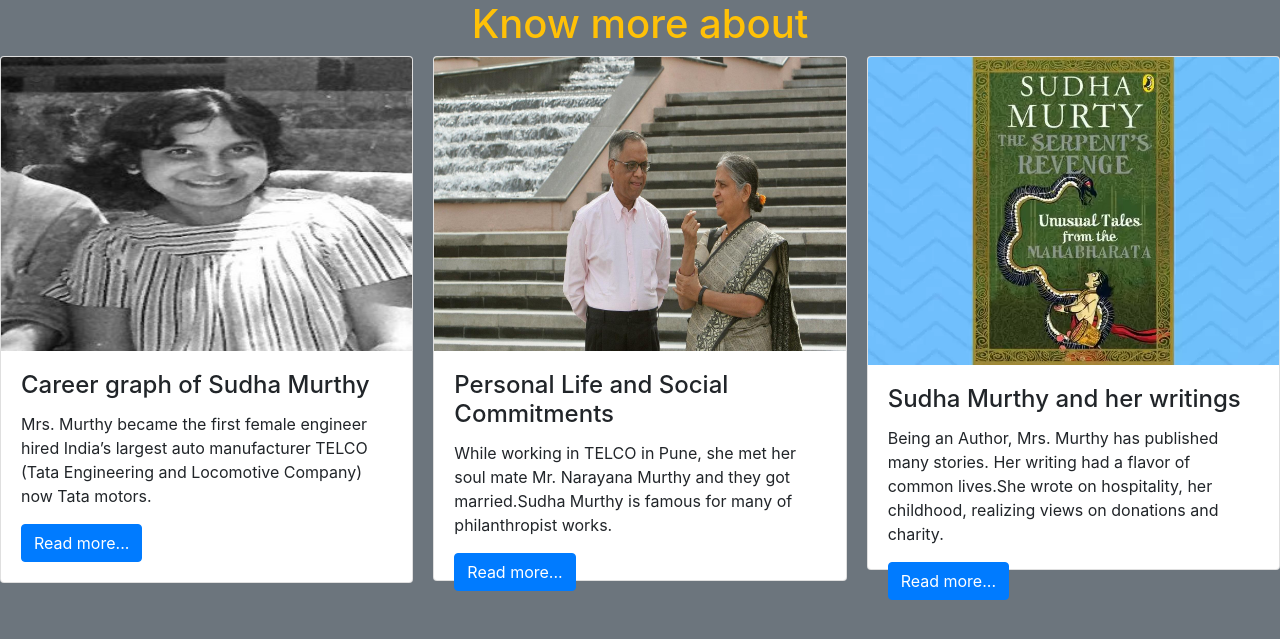
Repository: sumanthr18/RoleModel
Page: cards.html
These files come from the project's save history. The page is drawn as it stood at one moment and after the next save; the edit follows.
The browser window is 1280 px wide. The pictures show the whole page.

Above is the page before, as saved 2020-03-14 20:57:19.

### cards.html
<!DOCTYPE html>
<html lang="en">

<head>
    <meta charset="UTF-8">
    <meta name="viewport" content="width=device-width, initial-scale=1.0">
    <meta http-equiv="X-UA-Compatible" content="ie=edge">
    <link rel="stylesheet" href="https://stackpath.bootstrapcdn.com/bootstrap/4.1.1/css/bootstrap.min.css" integrity="sha384-WskhaSGFgHYWDcbwN70/dfYBj47jz9qbsMId/iRN3ewGhXQFZCSftd1LZCfmhktB"
        crossorigin="anonymous">

    <title>Bootstrap Sandbox</title>
</head>

<body class="bg-secondary">
    <header>
        <div>
            <h1 class="text-center text-warning">Know more about </h1>
        </div>
    </header>
    <section >
            <div class="card-columns">
            <div class="card">
                <img style="height: 294px;" class="card-img-top img-fluid" src="An-Old-Picture-of-Sudha-Murthy .jpg" alt="">
                <div class="card-body">
                    <h4 class="card-title">Career graph of Sudha Murthy</h4>
                    <p class="card-text">Mrs. Murthy became the first female engineer hired India’s largest auto manufacturer TELCO (Tata Engineering and Locomotive Company) now Tata motors.</p>
                    <p class="card-text">
                        <button class="btn btn-primary">Read more...</button>
                    </p>
                </div>
            </div>
            <div style="height: 525px;" class="card">
                <img style="height: 294px;" class="card-img-top img-fluid" src="murthy.jpg" alt="">
                <div class="card-body">
                    <h4 class="card-title">Personal Life and Social Commitments</h4>
                    <p class="card-text">While working in TELCO in Pune, she met her soul mate Mr. Narayana Murthy and they got married.Sudha Murthy is famous for many of philanthropist works.    </p>
                    <p class="card-text">
                        <button class="btn btn-primary">Read more...</button>
                    </p>
                </div>
            </div>
            <div style="height: 514px;" class="card">
                <img class="card-img-top img-fluid" src="61163013.jpg" alt="">
                <div class="card-body">
                    <h4 class="card-title">Sudha Murthy and her writings</h4>
                    <p class="card-text">Being an Author, Mrs. Murthy has published many stories. Her writing had a flavor of common lives.She wrote on hospitality, her childhood, realizing views on donations and charity.</p>
                    <p class="card-text">
                        <button class="btn btn-primary">Read more...</button>
                    </p>
                </div>
            </div>
        </div>
    </section>
    </div>

</body>

</html>

After the next save:
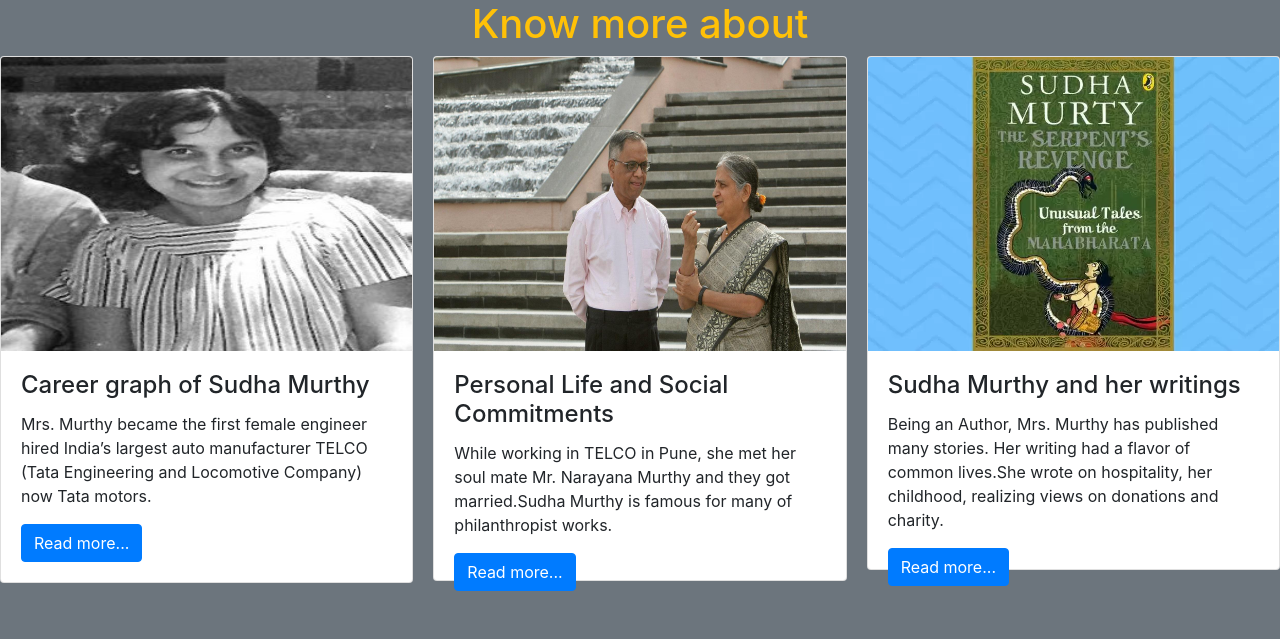
Saved 24 s later.
--- a/cards.html
+++ b/cards.html
@@ -40,7 +40,7 @@
                 </div>
             </div>
             <div style="height: 514px;" class="card">
-                <img class="card-img-top img-fluid" src="61163013.jpg" alt="">
+                <img style="height: 294px;" class="card-img-top img-fluid" src="61163013.jpg" alt="">
                 <div class="card-body">
                     <h4 class="card-title">Sudha Murthy and her writings</h4>
                     <p class="card-text">Being an Author, Mrs. Murthy has published many stories. Her writing had a flavor of common lives.She wrote on hospitality, her childhood, realizing views on donations and charity.</p>
